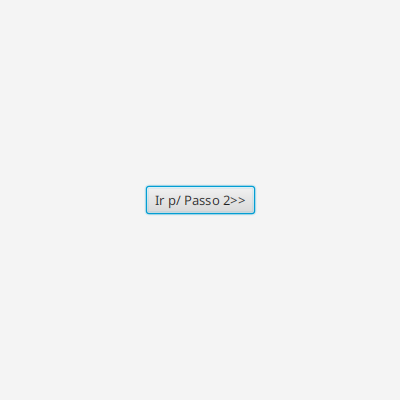
Repository: YurgPatussi/Learning-JAVA-
Program's window: java eclipse-workspace/exercicios-javafx/src/basico/Wizard.java
The author's editor kept a copy of each file at every save. The program's window is drawn from the files as they stood at one save, then again after the next save.
It runs on Java 21 on a 1366 x 768 screen with JavaFX 11; the title bar is not drawn.

Above is the program's window before, as saved 2022-03-27 23:40:28.

After the next save:
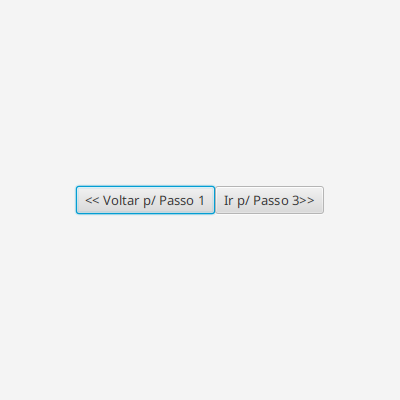
Saved 9 min 23 s later.
--- a/eclipse-workspace/exercicios-javafx/src/basico/Wizard.java
+++ b/eclipse-workspace/exercicios-javafx/src/basico/Wizard.java
@@ -18,7 +18,10 @@
 
 	@Override
 	public void start(Stage primaryStage) throws Exception {
+	janela = primaryStage;
 	criarPasso1();
+	criarPasso2();
+
 	primaryStage.setScene(passo1);
 	primaryStage.setTitle("Wizard");
 	primaryStage.show();
@@ -27,6 +30,9 @@
 	private void criarPasso1()
 	{
 		Button proximoPasso = new Button ("Ir p/ Passo 2>>");
+		proximoPasso.setOnAction(e-> {
+			janela.setScene(passo2);
+		});
 		HBox box = new HBox ();
 		box.setAlignment(Pos.CENTER);
 		box.getChildren().add(proximoPasso);
@@ -34,6 +40,20 @@
 
 	}
 
+	private void criarPasso2()
+	{
+		Button passoAnterior = new Button ("<< Voltar p/ Passo 1");
+		Button proximoPasso = new Button ("Ir p/ Passo 3>>");
+		HBox box = new HBox ();
+		box.setAlignment(Pos.CENTER);
+		box.getChildren().add(passoAnterior);
+		box.getChildren().add(proximoPasso);
+		passo1 = new Scene (box, 400, 400);
+
+	}
+
+
+
 	public static void main(String[] args) {
 		launch(args);
 	}

After the 3 saves that followed:
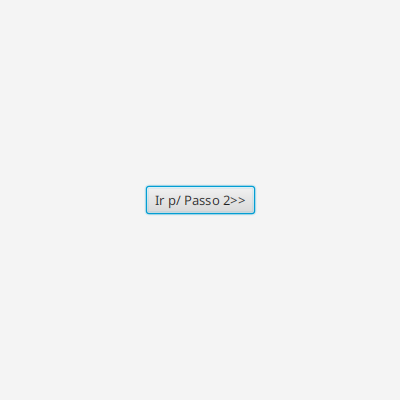
The 3 saves are shown as one change because 2 left the picture as it was.
The last was saved 6 min 44 s later.
--- a/eclipse-workspace/exercicios-javafx/src/basico/Wizard.java
+++ b/eclipse-workspace/exercicios-javafx/src/basico/Wizard.java
@@ -43,12 +43,20 @@
 	private void criarPasso2()
 	{
 		Button passoAnterior = new Button ("<< Voltar p/ Passo 1");
+		passoAnterior.setOnAction(e -> {
+			janela.setScene(passo1);
+		});
+
 		Button proximoPasso = new Button ("Ir p/ Passo 3>>");
+
+		proximoPasso.setOnAction(e-> {
+			System.out.println("Passo 3");;
+		});
 		HBox box = new HBox ();
 		box.setAlignment(Pos.CENTER);
 		box.getChildren().add(passoAnterior);
 		box.getChildren().add(proximoPasso);
-		passo1 = new Scene (box, 400, 400);
+		passo2 = new Scene (box, 400, 400);
 
 	}
 
